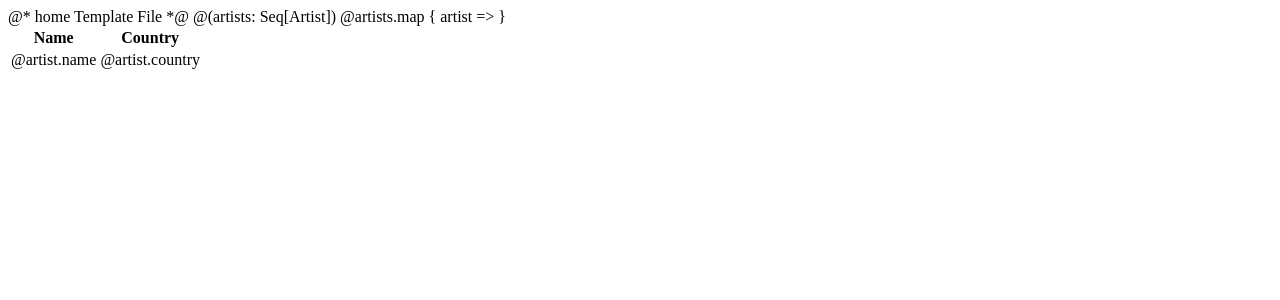
Repository: JohnSchoolProjects/LearningPlay
Page: Samples/Chapter2/ActionApp/app/views/home.scala.html
These files come from the project's save history. The page is drawn as it stood at one moment and after the next save; the edit follows.
The browser window is 1280 px wide. The pictures show the whole page.

Above is the page before, as saved 2016-04-30 21:25:25.

After the next save:
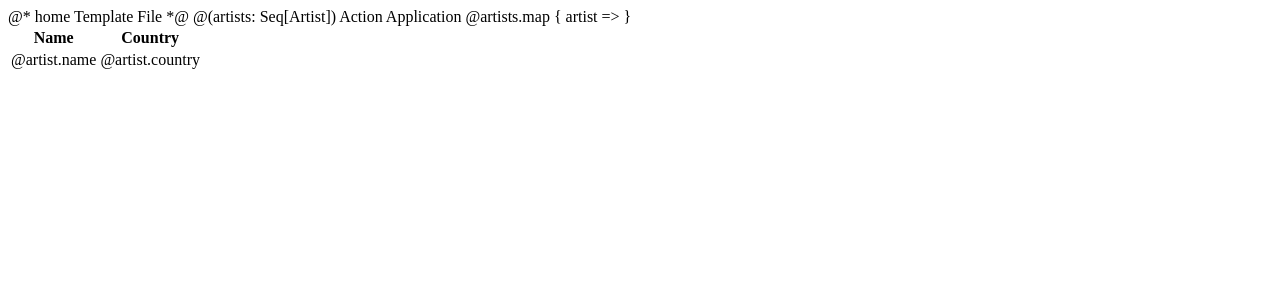
Saved 23 s later.
--- a/Samples/Chapter2/ActionApp/app/views/home.scala.html
+++ b/Samples/Chapter2/ActionApp/app/views/home.scala.html
@@ -6,7 +6,8 @@
 
 <html>
 	<head>
-		<title>Action Application</title>
+		<timport model.Artist
+itle>Action Application</title>
 	</head>
 	<body>
 		<table>

After the save that followed:
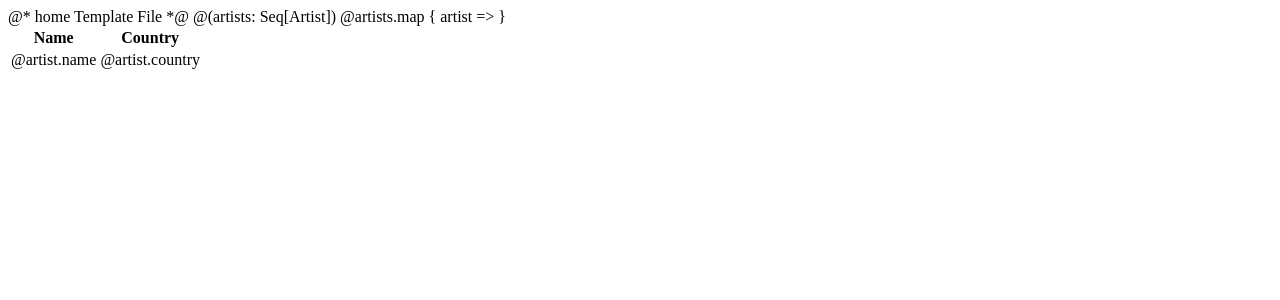
Saved 4 s later.
--- a/Samples/Chapter2/ActionApp/app/views/home.scala.html
+++ b/Samples/Chapter2/ActionApp/app/views/home.scala.html
@@ -6,8 +6,7 @@
 
 <html>
 	<head>
-		<timport model.Artist
-itle>Action Application</title>
+		<title>Action Application</title>
 	</head>
 	<body>
 		<table>
